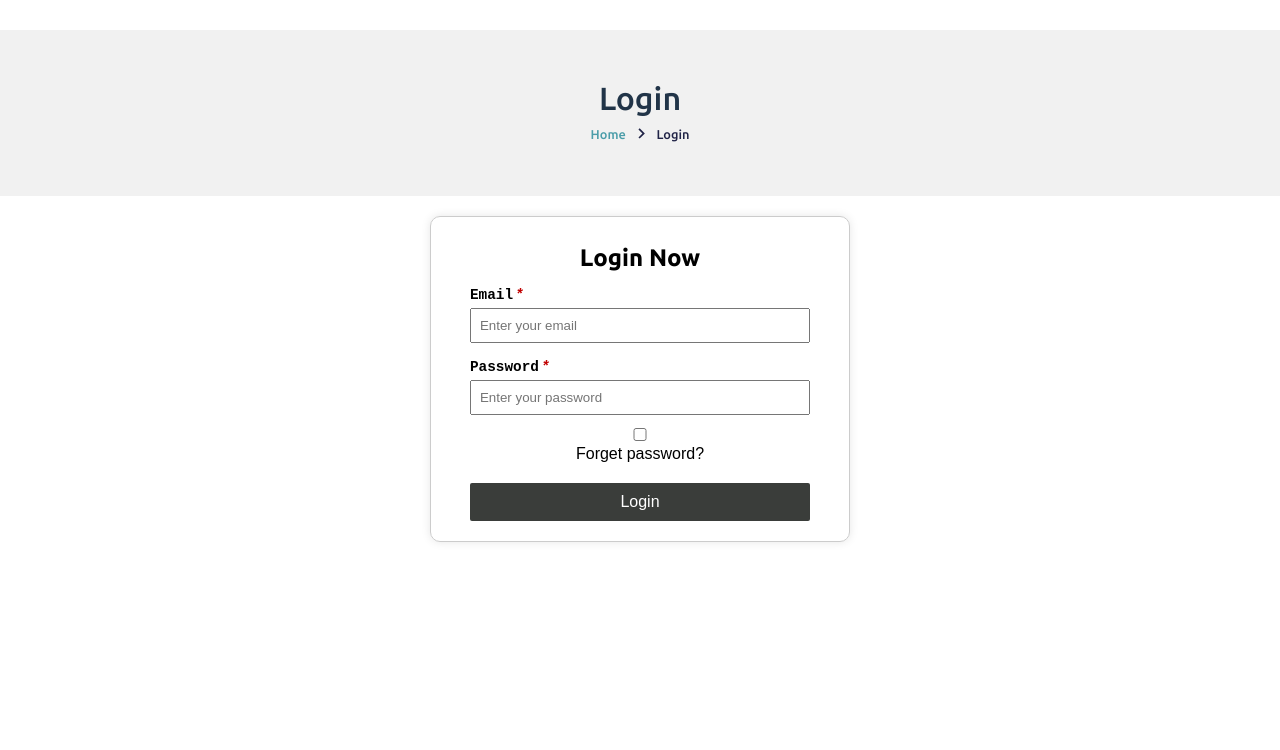
Repository: jkvekariya/Online-store-Management
Page: /auth/login (app in frontend/client/)
These files come from the project's save history. The page is drawn as it stood at one moment and after the next save; the edit follows.
The browser window is 1280 px wide. The pictures show the whole page.
Some web fonts or font styles are not loaded; a fallback is used. The project was rebuilt for these pictures with package versions that can differ from the ones it lists, and the page was loaded fresh each time. Also part of the build but not shown: frontend/client/vite.config.js, frontend/client/src/css/header.css, frontend/client/src/css/sidebar.css, frontend/client/src/components/Sidebar.jsx, frontend/client/src/context/CartContext.jsx, frontend/client/src/components/Header.jsx, frontend/client/src/css/footer.css, frontend/client/src/components/Footer.jsx and 11 more.

Above is the page before, as saved 2026-01-02 14:38:40.

After the next save:
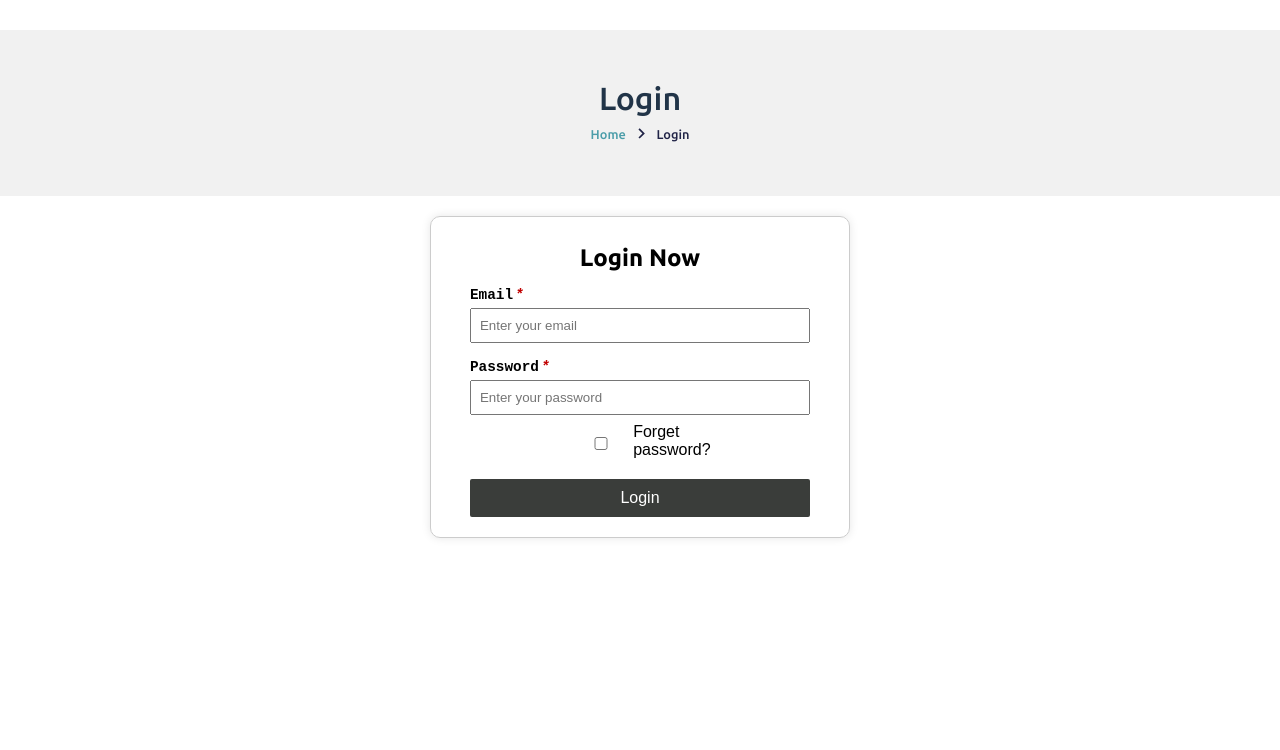
Saved 52 s later.
--- a/frontend/client/src/css/login.css
+++ b/frontend/client/src/css/login.css
@@ -45,6 +45,12 @@ input{
     margin: 7px 0;
 }
 
+.verify-forgetpassword{
+    display: flex;
+    justify-content: space-between;
+    align-items: center;
+}
+
 .btn{
     width: 100%;
     text-align: center;
